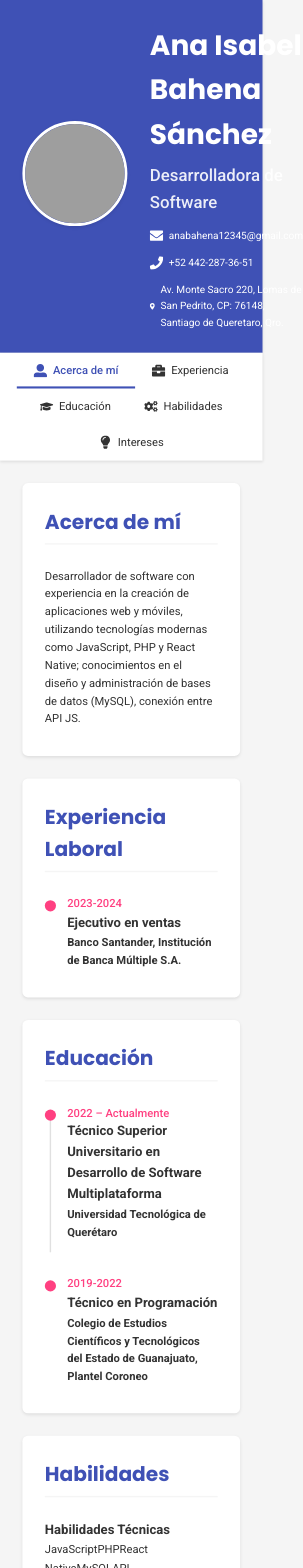
Repository: Ana-Bahena/CV_ANA_ISABEL_BAHENA_SANCHEZ
Page: /
An editor plug-in stored every save of this project. The page is shown before and after the next save, followed by the edit.
The browser window is 375 px wide. The page is 433 px wide, then 375 px, so the pictures cover 433 px, including what lies to the right of the window. The pictures show the part of the page from y = 0 to 2240 px (the page is 3095 px tall before and 3416 px after), at 70% of full size.
Pictures or frames that could not be fetched are drawn as grey boxes. The project was rebuilt for these pictures with package versions that can differ from the ones it lists, and the page was loaded fresh each time.

Above is the page before, as saved 2025-04-21 13:11:53.

### src/App.js
import React, { useState } from 'react';
import './App.css';
import { FaEnvelope, FaPhone, FaMapMarkerAlt, FaGithub, FaLinkedin, FaUserAlt, FaBriefcase, FaGraduationCap, FaCogs, FaLightbulb, FaCertificate } from 'react-icons/fa';

function App() {
  const [activeSection, setActiveSection] = useState('about');

  const handleNavClick = (section) => {
    setActiveSection(section);
    document.getElementById(section).scrollIntoView({ behavior: 'smooth' });
  };

  return (
    <div className="App">
      <header className="header">
        <div className="profile-container">
          <div className="profile-image">
            <img src="/profile-placeholder.jpg" alt="Ana Isabel Bahena Sánchez" />
          </div>
          <div className="profile-info">
            <h1>Ana Isabel Bahena Sánchez</h1>
            <h2>Desarrolladora de Software</h2>
            <div className="contact-info">
              <a href="mailto:anabahena12345@gmail.com" className="contact-item">
                <FaEnvelope className="icon" />
                <span>anabahena12345@gmail.com</span>
              </a>
              <a href="tel:+524422873651" className="contact-item">
                <FaPhone className="icon" />
                <span>+52 442-287-36-51</span>
              </a>
              <div className="contact-item">
                <FaMapMarkerAlt className="icon" />
                <span>Av. Monte Sacro 220, Lomas de San Pedrito, CP: 76148, Santiago de Queretaro, Qro.</span>
              </div>
            </div>
          </div>
        </div>
      </header>

      <nav className="navbar">
        <ul>
          <li className={activeSection === 'about' ? 'active' : ''}>
            <button onClick={() => handleNavClick('about')}>
              <FaUserAlt className="nav-icon" />
              <span>Acerca de mí</span>
            </button>
          </li>
          <li className={activeSection === 'experience' ? 'active' : ''}>
            <button onClick={() => handleNavClick('experience')}>
              <FaBriefcase className="nav-icon" />
              <span>Experiencia</span>
            </button>
          </li>
          <li className={activeSection === 'education' ? 'active' : ''}>
            <button onClick={() => handleNavClick('education')}>
              <FaGraduationCap className="nav-icon" />
              <span>Educación</span>
            </button>
          </li>
          <li className={activeSection === 'skills' ? 'active' : ''}>
            <button onClick={() => handleNavClick('skills')}>
              <FaCogs className="nav-icon" />
              <span>Habilidades</span>
            </button>
          </li>
          <li className={activeSection === 'interests' ? 'active' : ''}>
            <button onClick={() => handleNavClick('interests')}>
              <FaLightbulb className="nav-icon" />
              <span>Intereses</span>
            </button>
          </li>
        </ul>
      </nav>

      <main>
        <section id="about" className="section">
          <h2>Acerca de mí</h2>
          <div className="content">
            <p>
              Desarrollador de software con experiencia en la creación de aplicaciones web y móviles,
              utilizando tecnologías modernas como JavaScript, PHP y React Native; conocimientos en el
              diseño y administración de bases de datos (MySQL), conexión entre API JS.
            </p>
          </div>
        </section>

        <section id="experience" className="section">
          <h2>Experiencia Laboral</h2>
          <div className="content">
            <div className="timeline-item">
              <div className="timeline-dot"></div>
              <div className="timeline-date">2023-2024</div>
              <div className="timeline-content">
                <h3>Ejecutivo en ventas</h3>
                <h4>Banco Santander, Institución de Banca Múltiple S.A.</h4>
              </div>
            </div>
          </div>
        </section>

        <section id="education" className="section">
          <h2>Educación</h2>
          <div className="content">
            <div className="timeline-item">
              <div className="timeline-dot"></div>
              <div className="timeline-date">2022 – Actualmente</div>
              <div className="timeline-content">
                <h3>Técnico Superior Universitario en Desarrollo de Software Multiplataforma</h3>
                <h4>Universidad Tecnológica de Querétaro</h4>
              </div>
            </div>
            <div className="timeline-item">
              <div className="timeline-dot"></div>
              <div className="timeline-date">2019-2022</div>
              <div className="timeline-content">
                <h3>Técnico en Programación</h3>
                <h4>Colegio de Estudios Científicos y Tecnológicos del Estado de Guanajuato, Plantel Coroneo</h4>
              </div>
            </div>
          </div>
        </section>

        <section id="skills" className="section">
          <h2>Habilidades</h2>
          <div className="content">
            <div className="skills-group">
              <h3>Habilidades Técnicas</h3>
              <div className="skill-tags">
                <span className="skill-tag">JavaScript</span>
                <span className="skill-tag">PHP</span>
                <span className="skill-tag">React Native</span>
                <span className="skill-tag">MySQL</span>
                <span className="skill-tag">API</span>
              </div>
            </div>
            <div className="skills-group">
              <h3>Habilidades Personales</h3>
              <div className="skill-tags">
                <span className="skill-tag">Atención al cliente</span>
                <span className="skill-tag">Liderazgo</span>
                <span className="skill-tag">Comunicación asertiva</span>
                <span className="skill-tag">Resolución de problemas</span>
                <span className="skill-tag">Trabajo en equipo</span>
                <span className="skill-tag">Adaptabilidad y aprendizaje continuo</span>
              </div>
            </div>
            <div className="skills-group">
              <h3>Certificaciones</h3>
              <div className="certification-item">
                <FaCertificate className="cert-icon" />
                <div>
                  <h4>Become a Rapid Developer</h4>
                  <p>Mendix Academy | Enero 2025 - Marzo 2025</p>
                </div>
              </div>
            </div>
          </div>
        </section>

        <section id="interests" className="section">
          <h2>Interés Laboral</h2>
          <div className="content">
            <p>
              Interés en ampliar conocimientos en desarrollo web y móvil, explorando nuevos lenguajes,
              paradigmas de programación, incluyendo SQL y NoSQL; buscando oportunidades para
              aplicar fortaleciendo habilidades en arquitecturas modernas.
            </p>
          </div>
        </section>
      </main>

      <footer>
        <p>© {new Date().getFullYear()} Ana Isabel Bahena Sánchez</p>
      </footer>
    </div>
  );
}

export default App;

### src/App.css
/* App.css */
@import url('https://fonts.googleapis.com/css2?family=Roboto:wght@300;400;500;700&family=Poppins:wght@400;500;600;700&display=swap');

:root {
  --primary-color: #3f51b5;
  --secondary-color: #536dfe;
  --accent-color: #ff4081;
  --text-color: #333;
  --text-light: #666;
  --light-bg: #f5f5f5;
  --white: #ffffff;
  --timeline-dot: #ff4081;
  --timeline-line: #e0e0e0;
  --shadow-color: rgba(0, 0, 0, 0.1);
  --card-shadow: 0 2px 5px var(--shadow-color);
  --transition: all 0.3s ease;
}

* {
  margin: 0;
  padding: 0;
  box-sizing: border-box;
}

body {
  font-family: 'Roboto', sans-serif;
  color: var(--text-color);
  background-color: var(--light-bg);
  line-height: 1.6;
}

.App {
  display: flex;
  flex-direction: column;
  min-height: 100vh;
}

/* Header Section */
.header {
  background-color: var(--primary-color);
  color: var(--white);
  padding: 2rem;
  box-shadow: 0 2px 4px var(--shadow-color);
}

.profile-container {
  max-width: 1200px;
  margin: 0 auto;
  display: flex;
  align-items: center;
  gap: 2rem;
}

.profile-image {
  flex-shrink: 0;
}

.profile-image img {
  width: 150px;
  height: 150px;
  border-radius: 50%;
  border: 4px solid var(--white);
  object-fit: cover;
  box-shadow: var(--card-shadow);
}

.profile-info {
  flex-grow: 1;
}

.profile-info h1 {
  font-family: 'Poppins', sans-serif;
  font-size: 2.5rem;
  margin-bottom: 0.5rem;
  font-weight: 700;
}

.profile-info h2 {
  font-size: 1.5rem;
  font-weight: 500;
  color: rgba(255, 255, 255, 0.9);
  margin-bottom: 1rem;
}

.contact-info {
  display: flex;
  flex-wrap: wrap;
  gap: 1rem;
  margin-top: 1rem;
}

.contact-item {
  display: flex;
  align-items: center;
  gap: 0.5rem;
  color: var(--white);
  text-decoration: none;
  font-size: 0.9rem;
  transition: var(--transition);
}

.contact-item:hover {
  color: var(--accent-color);
}

.icon {
  font-size: 1.2rem;
}

/* Navigation */
.navbar {
  background-color: var(--white);
  box-shadow: 0 2px 4px var(--shadow-color);
  position: sticky;
  top: 0;
  z-index: 100;
}

.navbar ul {
  max-width: 1200px;
  margin: 0 auto;
  list-style-type: none;
  display: flex;
  justify-content: center;
  flex-wrap: wrap;
}

.navbar li {
  margin: 0;
}

.navbar button {
  display: flex;
  align-items: center;
  gap: 0.5rem;
  padding: 1rem 1.5rem;
  background: none;
  border: none;
  font-family: 'Roboto', sans-serif;
  font-size: 1rem;
  color: var(--text-color);
  cursor: pointer;
  transition: var(--transition);
  position: relative;
}

.navbar button:hover {
  color: var(--primary-color);
}

.navbar li.active button {
  color: var(--primary-color);
  font-weight: 500;
}

.navbar li.active button::after {
  content: '';
  position: absolute;
  bottom: 0;
  left: 0;
  width: 100%;
  height: 3px;
  background-color: var(--primary-color);
}

.nav-icon {
  font-size: 1.2rem;
}

/* Main content */
main {
  flex-grow: 1;
  max-width: 1200px;
  margin: 0 auto;
  padding: 2rem;
}

.section {
  background-color: var(--white);
  border-radius: 8px;
  box-shadow: var(--card-shadow);
  padding: 2rem;
  margin-bottom: 2rem;
}

.section h2 {
  font-family: 'Poppins', sans-serif;
  font-size: 1.8rem;
  color: var(--primary-color);
  margin-bottom: 1.5rem;
  padding-bottom: 0.5rem;
  border-bottom: 2px solid var(--light-bg);
}

.content {
  padding: 0.5rem 0;
}

/* Timeline Items */
.timeline-item {
  position: relative;
  padding-left: 2rem;
  margin-bottom: 2rem;
  padding-bottom: 1rem;
}

.timeline-item:last-child {
  margin-bottom: 0;
  padding-bottom: 0;
}

.timeline-item::before {
  content: '';
  position: absolute;
  left: 7px;
  top: 10px;
  bottom: 0;
  width: 2px;
  background-color: var(--timeline-line);
}

.timeline-item:last-child::before {
  height: 0;
}

.timeline-dot {
  position: absolute;
  left: 0;
  top: 8px;
  width: 16px;
  height: 16px;
  border-radius: 50%;
  background-color: var(--timeline-dot);
  z-index: 1;
}

.timeline-date {
  font-weight: 500;
  color: var(--accent-color);
  margin-bottom: 0

Loaded but not shown: public/index.html (common file); src/index.js (common file); src/index.css (common file); src/reportWebVitals.js (common file)

After the next save:
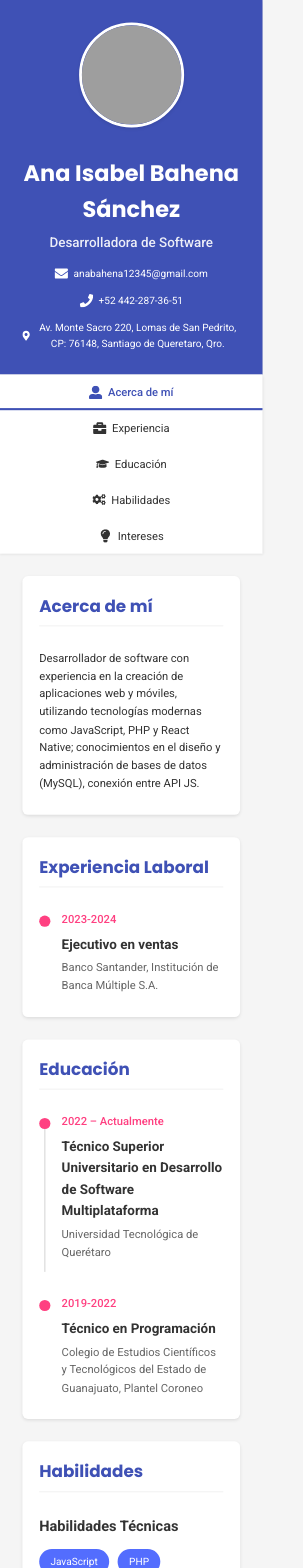
Saved 18 s later.
--- a/src/App.css
+++ b/src/App.css
@@ -237,4 +237,126 @@ main {
 .timeline-date {
   font-weight: 500;
   color: var(--accent-color);
-  margin-bottom: 0
+  margin-bottom: 0.5rem;
+}
+
+.timeline-content h3 {
+  font-size: 1.2rem;
+  margin-bottom: 0.3rem;
+  color: var(--text-color);
+}
+
+.timeline-content h4 {
+  font-size: 1rem;
+  font-weight: normal;
+  color: var(--text-light);
+}
+
+/* Skills Section */
+.skills-group {
+  margin-bottom: 2rem;
+}
+
+.skills-group h3 {
+  font-size: 1.3rem;
+  color: var(--text-color);
+  margin-bottom: 1rem;
+}
+
+.skill-tags {
+  display: flex;
+  flex-wrap: wrap;
+  gap: 0.8rem;
+}
+
+.skill-tag {
+  background-color: var(--secondary-color);
+  color: var(--white);
+  padding: 0.4rem 1rem;
+  border-radius: 20px;
+  font-size: 0.9rem;
+  transition: var(--transition);
+}
+
+.skill-tag:hover {
+  background-color: var(--primary-color);
+  transform: translateY(-2px);
+}
+
+/* Certification */
+.certification-item {
+  display: flex;
+  align-items: flex-start;
+  gap: 1rem;
+  margin-bottom: 1rem;
+}
+
+.cert-icon {
+  color: var(--primary-color);
+  font-size: 1.5rem;
+  margin-top: 0.2rem;
+}
+
+.certification-item h4 {
+  font-size: 1.1rem;
+  margin-bottom: 0.3rem;
+}
+
+.certification-item p {
+  color: var(--text-light);
+  font-size: 0.9rem;
+}
+
+/* Footer */
+footer {
+  background-color: var(--primary-color);
+  color: var(--white);
+  text-align: center;
+  padding: 1.5rem;
+  margin-top: auto;
+}
+
+/* Responsive Styles */
+@media (max-width: 768px) {
+  .profile-container {
+    flex-direction: column;
+    text-align: center;
+  }
+
+  .contact-info {
+    justify-content: center;
+  }
+
+  .navbar ul {
+    flex-direction: column;
+    align-items: center;
+  }
+
+  .navbar li {
+    width: 100%;
+    text-align: center;
+  }
+
+  .navbar button {
+    width: 100%;
+    justify-content: center;
+  }
+
+  .section {
+    padding: 1.5rem;
+  }
+}
+
+@media (max-width: 480px) {
+  .profile-info h1 {
+    font-size: 2rem;
+  }
+
+  .profile-info h2 {
+    font-size: 1.2rem;
+  }
+
+  .section h2 {
+    font-size: 1.5rem;
+  }
+}
